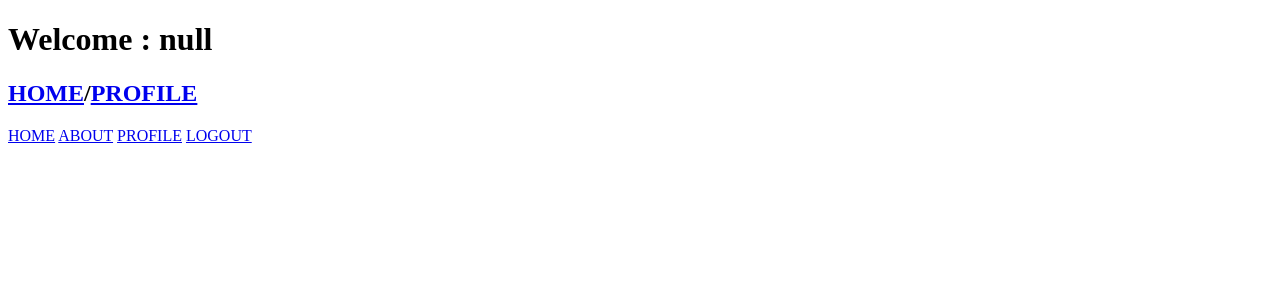
Repository: sarcasticbhuvie/ServletJSP
Page: http://localhost/03-HttpSessoin/profile.jsp
The author's editor kept a copy of each file at every save. The page is drawn from the files as they stood at one save, then again after the next save.
The browser window is 1280 px wide. The pictures show the whole page.
The page is served by Tomcat 10.

Above is the page before, as saved 2024-01-02 14:34:40.

After the next save:
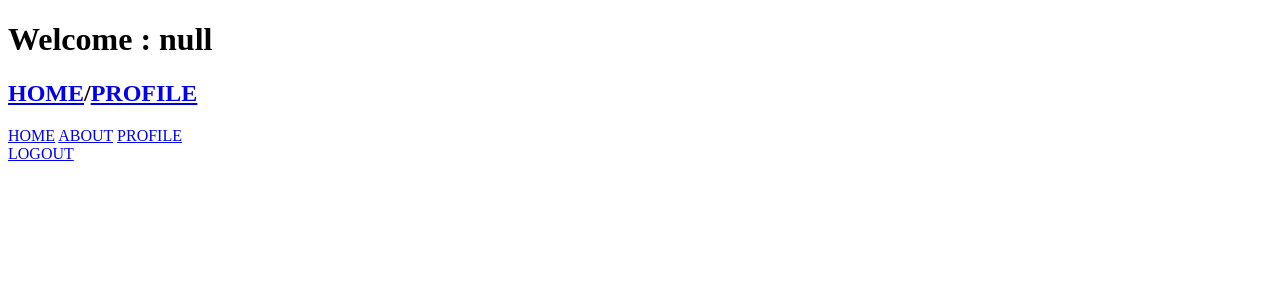
Saved 20 s later.
--- a/03-HttpSessoin/src/main/webapp/profile.jsp
+++ b/03-HttpSessoin/src/main/webapp/profile.jsp
@@ -14,7 +14,7 @@
 	<h2><a href="index.jsp">HOME</a>/<a href="profile.jsp">PROFILE</a></h2>
 	<span><a href="index.jsp">HOME</a></span>
 	<span><a href="about.jsp">ABOUT</a></span>
-	<span><a href="profile.jsp">PROFILE</a></span>
+	<span><a href="profile.jsp">PROFILE</a></span></br>
 	<a href="logout">LOGOUT</a>
 </body>
 </html>
